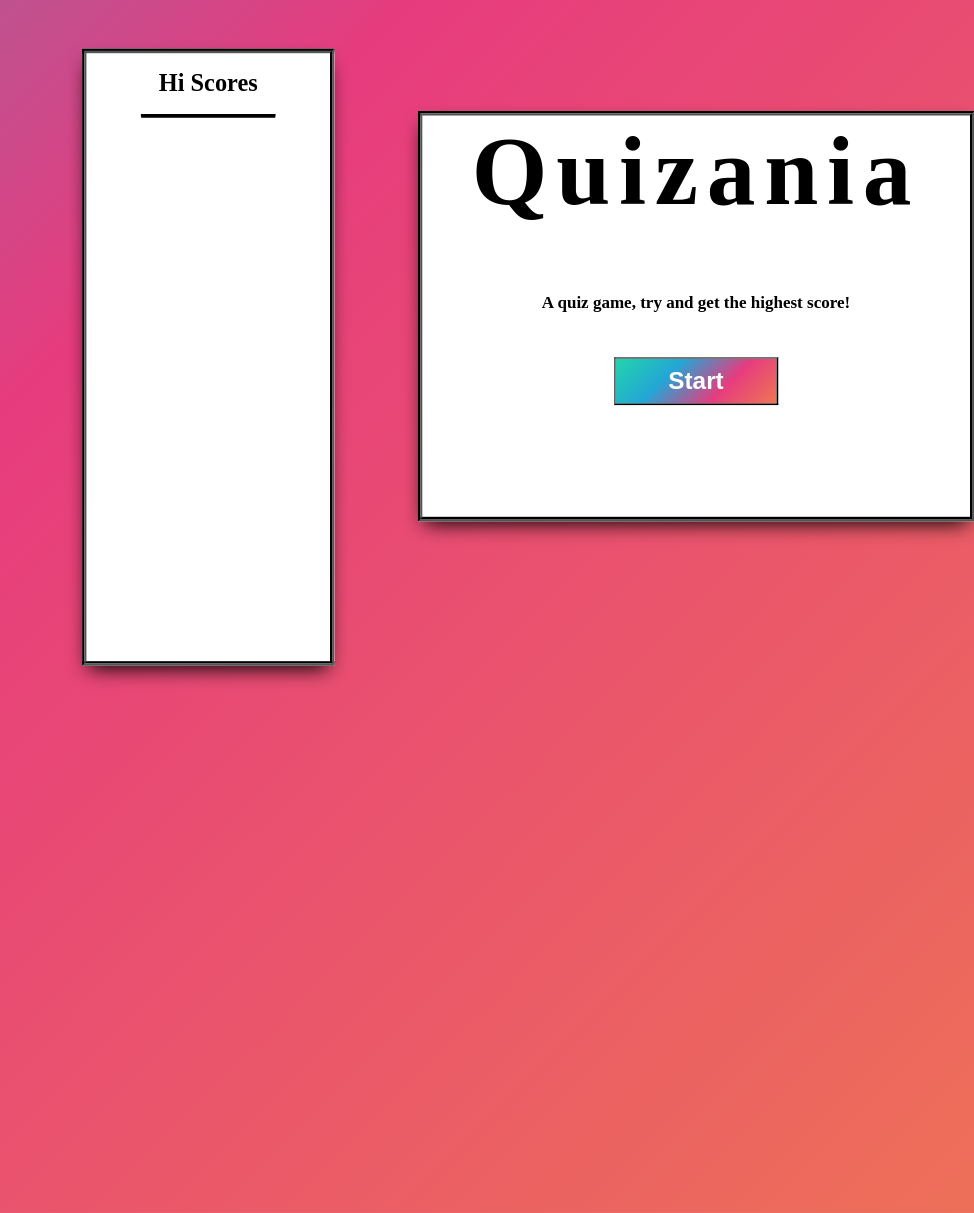
Repository: PatrickTheCodeGuy/QuizApp
Page: / (app in quizapp/)
The author's editor kept a copy of each file at every save. The page is drawn from the files as they stood at one save, then again after the next save.
The browser window is 1280 px wide. The page is 1282 px wide, so the pictures cover 1282 px, including what lies to the right of the window. The pictures show the whole page, at 76% of full size.
The project was rebuilt for these pictures with package versions that can differ from the ones it lists, and the page was loaded fresh each time.

Above is the page before, as saved 2021-07-08 15:11:48.

### quizapp/src/index.css
body {
  margin: 0;
  font-family: -apple-system, BlinkMacSystemFont, 'Segoe UI', 'Roboto', 'Oxygen',
    'Ubuntu', 'Cantarell', 'Fira Sans', 'Droid Sans', 'Helvetica Neue',
    sans-serif;
  -webkit-font-smoothing: antialiased;
  -moz-osx-font-smoothing: grayscale;
  background: linear-gradient(-45deg, #ee7752, #e73c7e, #23a6d5, #23d5ab);
    background-size: 400% 400%;
    animation: gradient 15s ease infinite;
}

code {
  font-family: source-code-pro, Menlo, Monaco, Consolas, 'Courier New',
    monospace;
}
html, body, #app, #app>div {
  width: 100%;
  height:100%;
}

hr.rounded {
  border-top: 5px solid black;
    border-radius: 1px;
    width: 55%;
}

#root{
  display:flex;
}


@keyframes gradient {
    0% {
        background-position: 0% 50%;
    }
    50% {
        background-position: 100% 50%;
    }
    100% {
        background-position: 0% 50%;
    }
}

### quizapp/src/App.js
import logo from './logo.svg';
import './App.css';
import Leaderboard from './components/Leaderboard/Leaderboard';
import StartMenu from './components/StartMenu/StartMenu';


function App() {
  return (
    <div className="startMenu-container App">
          <div class="leaderboard-container">
            <Leaderboard/>
          </div>
          <div class="game-container">
            <StartMenu/>
          </div>
    </div>
  );
}

export default App;

### quizapp/src/App.css
.App {
  display:flex
}

.App-logo {
  height: 40vmin;
  pointer-events: none;
}

@media (prefers-reduced-motion: no-preference) {
  .App-logo {
    animation: App-logo-spin infinite 20s linear;
  }
}

.App-header {
  background-color: #282c34;
  min-height: 100vh;
  display: flex;
  flex-direction: column;
  align-items: center;
  justify-content: center;
  font-size: calc(10px + 2vmin);
  color: white;
}

.App-link {
  color: #61dafb;
}

@keyframes App-logo-spin {
  from {
    transform: rotate(0deg);
  }
  to {
    transform: rotate(360deg);
  }
}


.startMenu-container{
  display: flex;
  margin: 0 auto;
}

.leaderboard-container {
  width: 20em;
  border: 6px groove black;
  text-align: center;
  background-color: white;
  box-shadow: 0px 12px 25px -8px #000000;
  margin-top: 6%;
  height: 50em;
}

### quizapp/src/components/Leaderboard/Leaderboard.js
import React from 'react';
import './Leaderboard.css';

class Leaderboard extends React.Component {
    constructor(props){
        super(props)
        // TODO
        //state for people and scores here
    }

    render(){
        return (
            <div>
                <h1 class="hi-score-text"> Hi Scores</h1>
                <hr class="rounded"/>
            </div>
        )
    }
}

export default Leaderboard;

### quizapp/src/components/StartMenu/StartMenu.js
import React from 'react';
import './StartMenu.css';

class StartMenu extends React.Component {
    constructor(props){
        super(props);
        // TODO
        // determine if need logic here, may just need to be a functional component.
    }

    render(){
        return (
            <div class="menu-container">
                <h1 class="menu-text">Quizania</h1>
                <p class="regular-text">A quiz game, try and get the highest score!</p>
                <button class="button-start">Start</button>
            </div>
        )
    }
}

export default StartMenu;

### quizapp/src/components/Leaderboard/Leaderboard.css
.board-container{
    border: 6px groove black;
    text-align: center;
    background-color: white;
    box-shadow: 0px 12px 25px -8px #000000;
    width: 45em;
    height: 33em;
    margin: 20% 15%;
}

.hi-score-text {
    font-family: 'Pacifico', cursive !important;
}

### quizapp/src/components/StartMenu/StartMenu.css
.menu-text{
    font-family: 'Pacifico', cursive;
    font-size: 8em;
    letter-spacing: 0.09em;
    margin-top: 0%;
}

.regular-text{
    font-family:fantasy;
    font-weight:900;
    font-size: 1.4em;
}

.button-start{
    width: 30%;
    height: 12%;
    background: linear-gradient(-45deg, #ee7752, #e73c7e, #23a6d5, #23d5ab);
    animation: gradient 15s ease infinite;
    margin-top: 5%;
    color: white;
    border: 3px solid linear-gradient(-45deg, #ee7752, #e73c7e, #23a6d5, #23d5ab);
    font-size: xx-large;
    font-weight: 600;
    transition: background-color 0.1s ease;
}

.button-start:hover{
    background: rgba(30, 204, 213, 0.311);
    color: black;
    border: 3px solid rgba(41, 251, 255, 0.743);
}

.button-start:active {
    box-shadow: 0 2px #666;
    border: 3px solid rgba(0, 0, 0, 0.564);
    background: white;
    width: 32%;
    color: rgb(43, 43, 43);
    transform: translateY(4px);
}

.menu-container{
    border: 6px groove black;
    text-align: center;
    background-color: white;
    box-shadow: 0px 12px 25px -8px #000000;
    width: 45em;
    height: 33em;
    margin: 20% 15%;
}

Loaded but not shown: quizapp/src/index.js (common file); quizapp/src/reportWebVitals.js (common file)

After the next save:
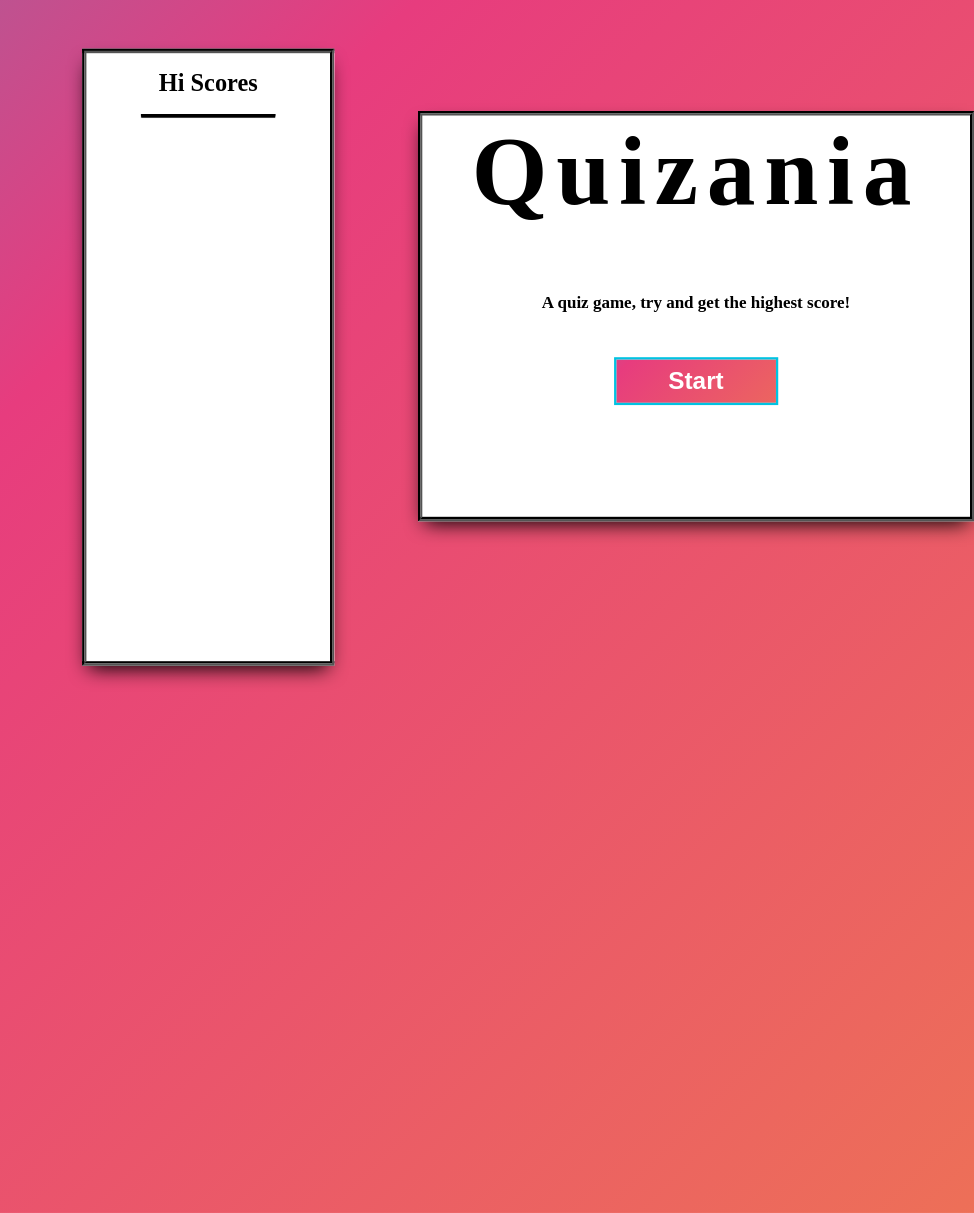
Saved 32 s later.
--- a/quizapp/src/components/StartMenu/StartMenu.css
+++ b/quizapp/src/components/StartMenu/StartMenu.css
@@ -15,10 +15,11 @@
     width: 30%;
     height: 12%;
     background: linear-gradient(-45deg, #ee7752, #e73c7e, #23a6d5, #23d5ab);
+    background-size: 400% 400%;
     animation: gradient 15s ease infinite;
     margin-top: 5%;
     color: white;
-    border: 3px solid linear-gradient(-45deg, #ee7752, #e73c7e, #23a6d5, #23d5ab);
+    border: 3px solid rgb(0, 195, 225);
     font-size: xx-large;
     font-weight: 600;
     transition: background-color 0.1s ease;
